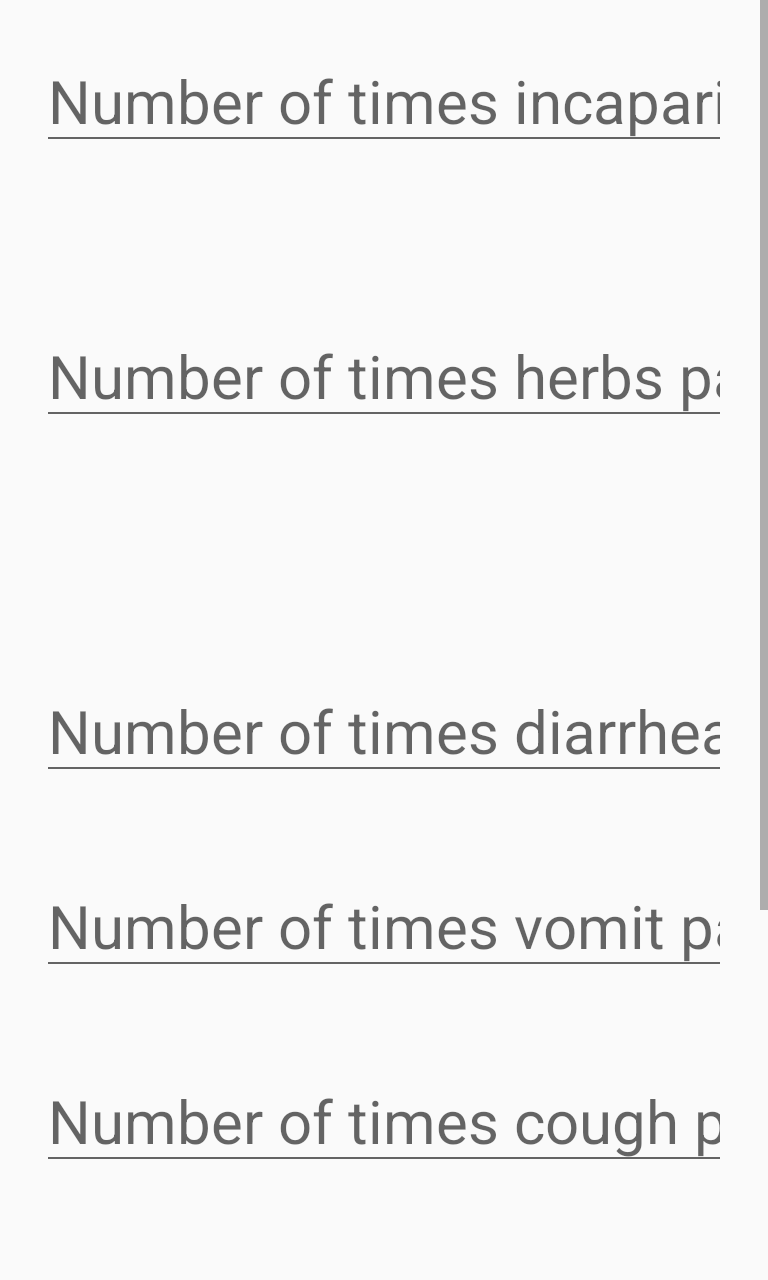
Repository: achavez812/GuatemalaProject2
Layout: GuateMedic-master/GuateMedic/res/layout/fragment_add_new_child_visit4.xml
The author's editor kept a copy of each file at every save. The layout is drawn from the files as they stood at one save, then again after the next save.
It is drawn on a 768 x 1280 px phone screen (xhdpi) without system bars, with theme AppTheme; the app's code is not run.

Above is the layout before, as saved 2014-07-03 01:00:21.

### GuateMedic-master/GuateMedic/res/layout/fragment_add_new_child_visit4.xml
<?xml version="1.0" encoding="utf-8"?>
<ScrollView xmlns:android="http://schemas.android.com/apk/res/android"
    android:layout_width="match_parent"
    android:layout_height="wrap_content"
    >

<RelativeLayout
    android:layout_width="match_parent"
    android:layout_height="wrap_content" >

	<EditText
        android:id="@+id/child_visit4_num_times_incaparina_past_week"
        android:textSize="30sp"
        android:layout_width="match_parent"
        android:layout_height="wrap_content"
		android:layout_margin="20dp"
        android:layout_centerHorizontal="true"
        android:hint="Number of times incaparina past week?"
        android:inputType="number"
        />

		<EditText
        android:id="@+id/child_visit4_num_times_vegetables_or_fruits_past_week"
        android:textSize="30sp"
        android:layout_width="match_parent"
		android:layout_margin="20dp"
		android:layout_below="@+id/child_visit4_num_times_incaparina_past_week"
		android:layout_centerHorizontal="true"
        android:hint="Number of times vegetables or fruits past week?"
        android:inputType="number"
        />

			<EditText
        android:id="@+id/child_visit4_num_times_herbs_past_week"
        android:textSize="30sp"
        android:layout_width="match_parent"
        android:layout_height="wrap_content"
		android:layout_margin="20dp"
		android:layout_centerHorizontal="true"
		android:layout_below="@+id/child_visit4_num_times_vegetables_or_fruits_past_week"
        android:hint="Number of times herbs past week?"
        android:inputType="number"
        />

				<EditText
        android:id="@+id/child_visit4_num_times_diarrhea_past_week"
        android:textSize="30sp"
        android:layout_width="match_parent"
        android:layout_height="wrap_content"
		android:layout_marginLeft="20dp"
		android:layout_marginRight="20dp"
		android:layout_marginBottom="20dp"
		android:layout_marginTop="100dp"
		android:layout_below="@+id/child_visit4_num_times_herbs_past_week"
		android:layout_centerHorizontal="true"
        android:hint="Number of times diarrhea past week?"
        android:inputType="number"
        />

		<EditText
        android:id="@+id/child_visit4_num_times_vomit_past_week"
        android:textSize="30sp"
        android:layout_width="match_parent"
        android:layout_height="wrap_content"
		android:layout_margin="20dp"
		android:layout_centerHorizontal="true"
		android:layout_below="@+id/child_visit4_num_times_diarrhea_past_week"
        android:hint="Number of times vomit past week?"
        android:inputType="number"
        />

			<EditText
        android:id="@+id/child_visit4_num_times_cough_past_week"
        android:textSize="30sp"
        android:layout_width="match_parent"
        android:layout_height="wrap_content"
		android:layout_margin="20dp"
		android:layout_centerHorizontal="true"
		android:layout_below="@+id/child_visit4_num_times_vomit_past_week"
        android:hint="Number of times cough past week?"
        android:inputType="number"
        />
				<EditText
        android:id="@+id/child_visit4_num_times_fever_past_week"
        android:textSize="30sp"
        android:layout_width="match_parent"
        android:layout_height="wrap_content"
        android:layout_margin="20dp"
        android:layout_centerHorizontal="true"
        android:layout_below="@+id/child_visit4_num_times_cough_past_week"
        android:hint="Number of times fever past week?"
        android:inputType="number"
        />

		<EditText
        android:id="@+id/child_visit4_num_times_other_illness_past_week"
        android:textSize="30sp"
        android:layout_width="match_parent"
        android:layout_height="wrap_content"
		android:layout_margin="20dp"
		android:layout_centerHorizontal="true"
		android:layout_below="@+id/child_visit4_num_times_fever_past_week"
        android:hint="Number of times other illness past week?"
        android:inputType="number"
        />

			<EditText
        android:id="@+id/child_visit4_other_illness_information"
        android:textSize="30sp"
        android:layout_width="match_parent"
        android:layout_height="wrap_content"
        android:layout_margin="20dp"
        android:layout_centerHorizontal="true"
        android:layout_below="@+id/child_visit4_num_times_other_illness_past_week"
        android:hint="Other illness information"
        />
		<EditText
		android:id="@+id/footer_fragment_add_new_child_visit4"
		android:layout_width="0dp"
		android:layout_height="0dp"
		android:layout_below="@+id/child_visit4_other_illness_information"
		/>


</RelativeLayout>
</ScrollView>

### GuateMedic-master/GuateMedic/res/values/styles.xml
<resources xmlns:android="http://schemas.android.com/apk/res/android">

    <!--
        Base application theme, dependent on API level. This theme is replaced
        by AppBaseTheme from res/values-vXX/styles.xml on newer devices.
    -->

    <!-- Application theme. -->
    <style name="AppTheme" parent="@style/Theme.AppCompat.Light.DarkActionBar">
        <!-- All customizations that are NOT specific to a particular API-level can go here. -->
    	<item name="android:typeface">sans</item>
        <item name="actionBarStyle">@style/MyActionBar</item>
    	<item name="android:actionBarStyle">@style/MyActionBar</item>
    	<item name="android:actionOverflowButtonStyle">@style/OverFlow</item>
    	<item name="android:popupMenuStyle">@style/MyPopupMenu</item>
    	<item name="popupMenuStyle">@style/MyPopupMenu</item>
        <item name="android:panelBackground">#004d6b</item>
         <item name="android:itemTextAppearance">@style/myCustomMenuTextApearance</item>

    </style>
       <style name="myCustomMenuTextApearance" parent="@android:style/TextAppearance.Widget.IconMenu.Item">
        <item name="android:textColor">#FFFFFF</item>
        <item name="android:textSize">20sp</item>

    </style>
    <style name="MyActionBar" parent="@style/Widget.AppCompat.Light.ActionBar.Solid.Inverse">
        <item name="android:background">#004d6b</item>
        <item name="android:titleTextStyle">@style/TitleText</item>



    </style>

    <style name ="MyPopupMenu" parent="android:Theme.Holo.Light">
        <item name="android:popupBackground">#004d6b</item>
    </style>

    <style name="OverFlow" parent="@android:style/Widget.Holo.ActionButton.Overflow">
    	<item name="android:src">@drawable/ic_action_overflow</item>
	</style>
    <style name="TitleText">
        <item name="android:textColor">#FFFFFF</item>
        <item name="android:typeface">sans</item>
        <item name="android:textSize">30sp</item>

    </style>
	<!--
	<style name="HomePage" parent="AppTheme">
	<item name="android:background"> @drawable/guatemala_home_bg </item>
	</style>
	    -->





</resources>

After the next save:
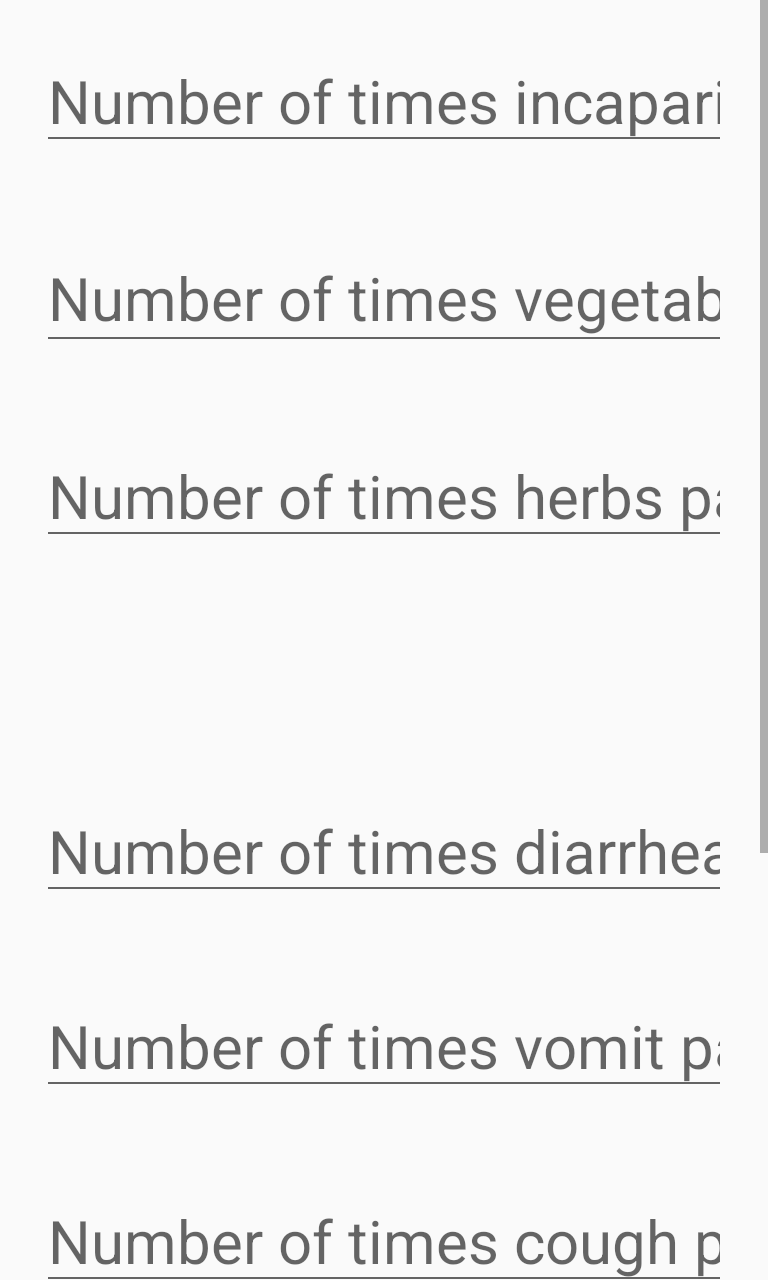
Saved 15 s later.
--- a/GuateMedic-master/GuateMedic/res/layout/fragment_add_new_child_visit4.xml
+++ b/GuateMedic-master/GuateMedic/res/layout/fragment_add_new_child_visit4.xml
@@ -23,6 +23,7 @@
         android:id="@+id/child_visit4_num_times_vegetables_or_fruits_past_week"
         android:textSize="30sp"
         android:layout_width="match_parent"
+		android:layout_height="60dp"
 		android:layout_margin="20dp"
 		android:layout_below="@+id/child_visit4_num_times_incaparina_past_week"
 		android:layout_centerHorizontal="true"
